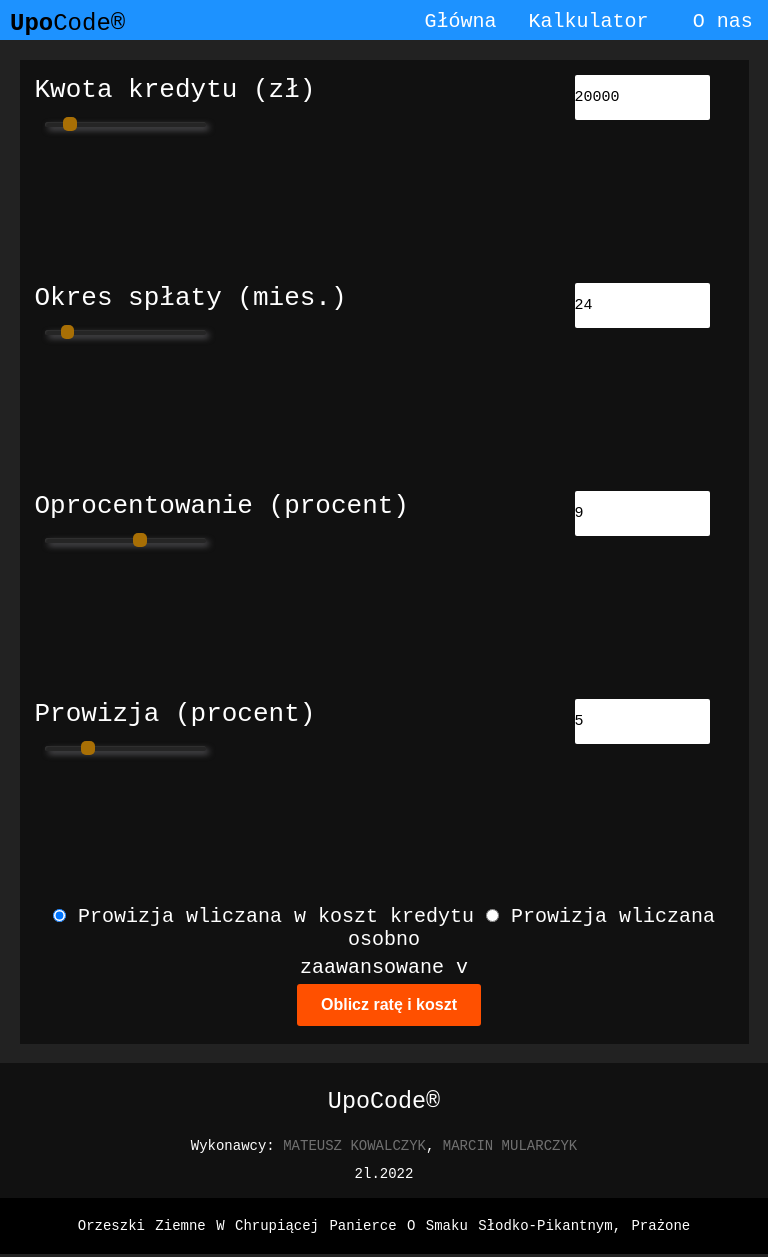
Repository: Klemingway/egzamin
Page: kalkulator.html
The author's editor kept a copy of each file at every save. The page is drawn from the files as they stood at one save, then again after the next save.
The browser window is 768 px wide. The pictures show the whole page.

Above is the page before, as saved 2023-01-25 11:58:00.

After the next save:
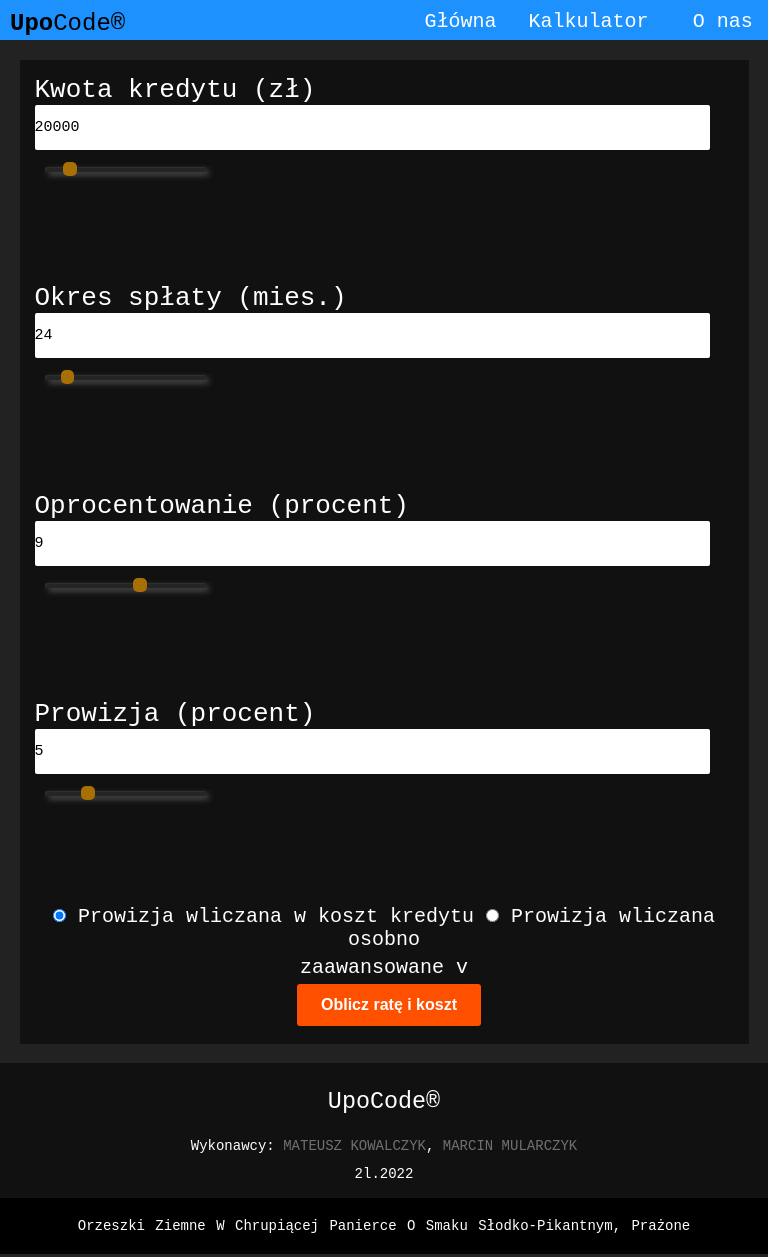
Saved 14 s later.
--- a/style/styl.css
+++ b/style/styl.css
@@ -264,6 +264,9 @@ footer {
         min-height: 26vh;
         width: 100%;
     }
+    .wej {
+        width: 100%;
+    }
     #gl {
         padding: 1em;
     }
